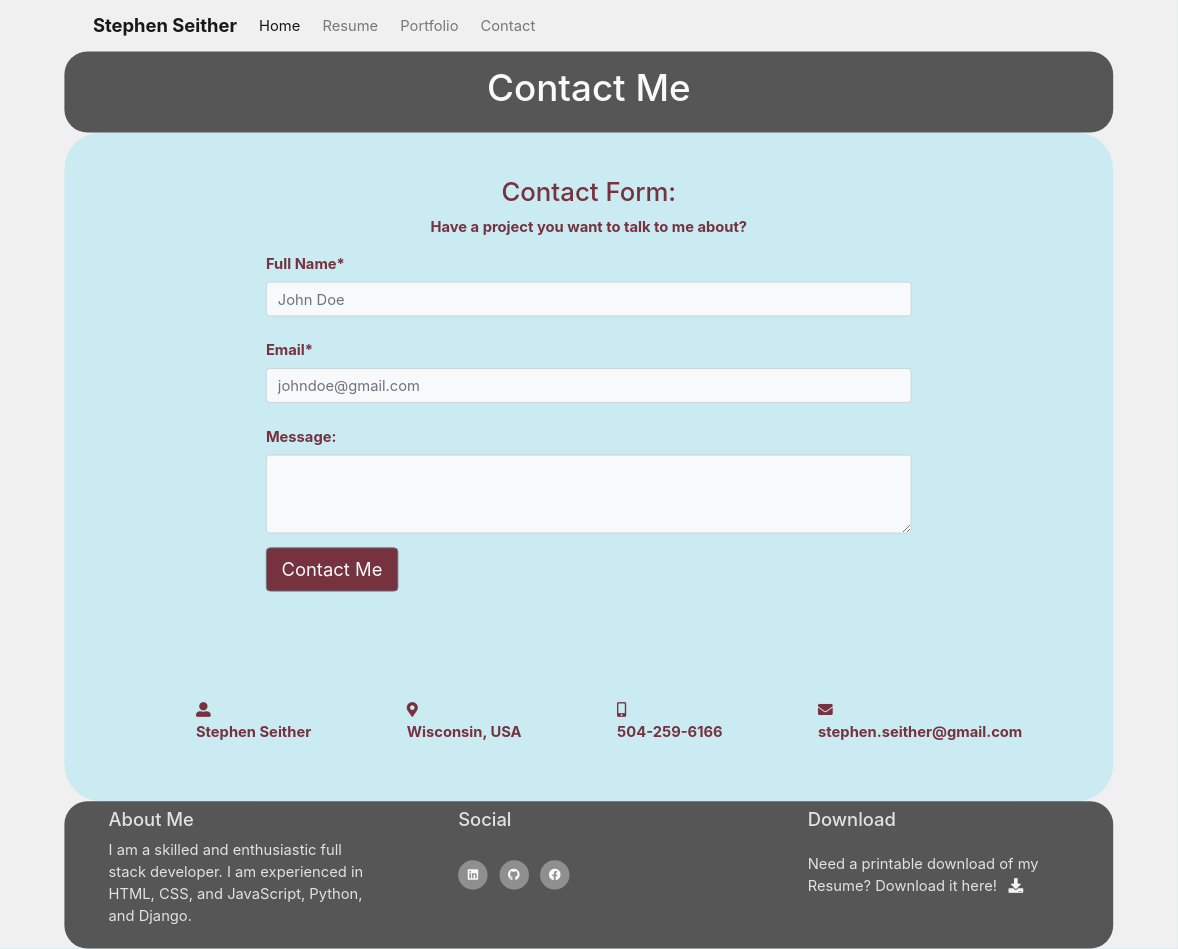
Repository: stephenseither/First-Milestone-Project
Page: contact.html
The author's editor kept a record of every edit. The page is drawn from the files as they stood at one moment, then again after the next edit.
The browser window is 1280 px wide. The pictures show the whole page, at 92% of full size.
Some web libraries are served in a nearby version.

Above is the page before.

After the next edit:
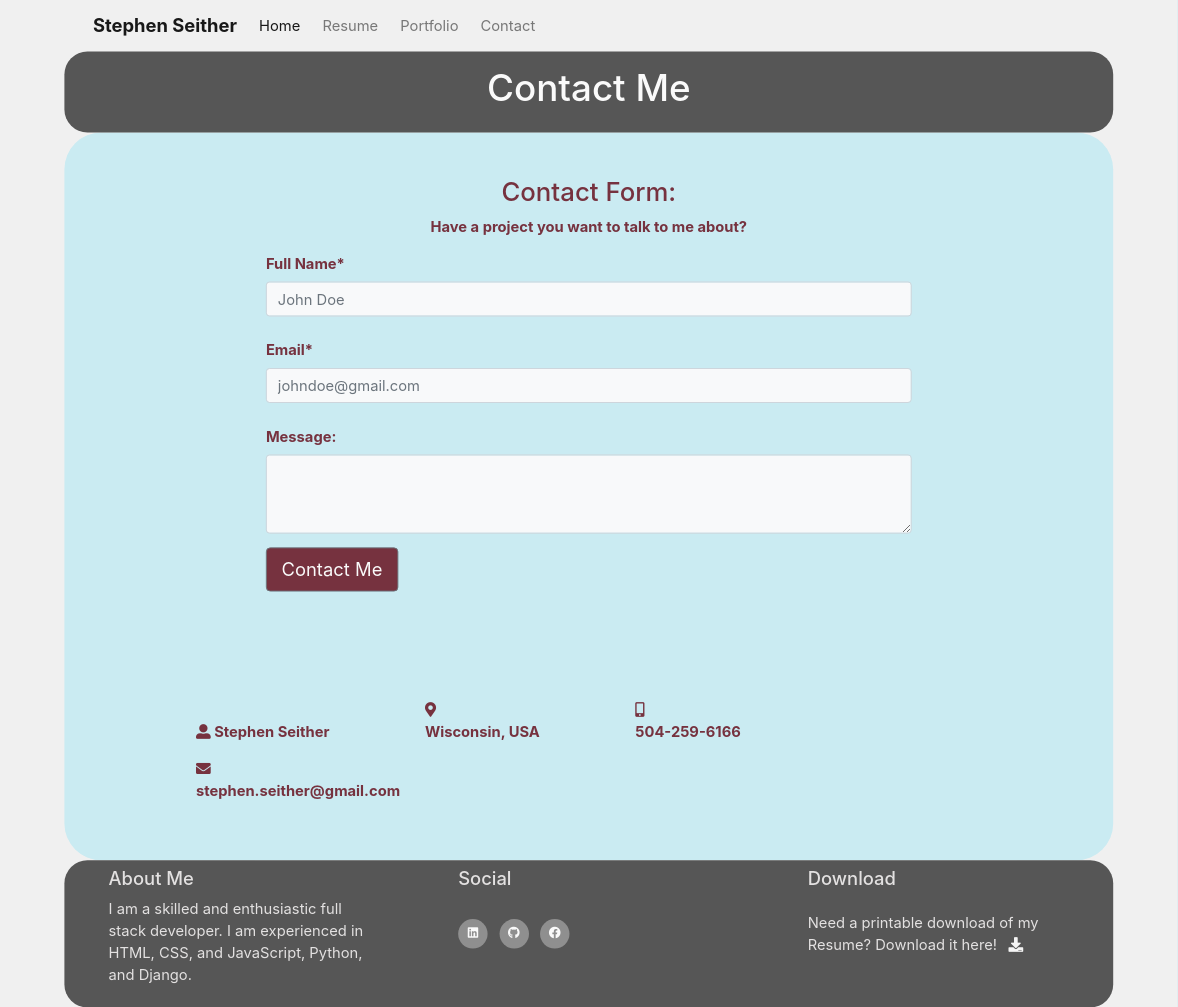
The edit:
--- a/contact.html
+++ b/contact.html
@@ -65,8 +65,9 @@
         <div class="col contact-info-2 p-5">
             <div class="personal-info-item-2">
                 <div class="title-2">
-                    <i class="fas fa-user-alt"></i>
+
                     <p>
+                        <i class="fas fa-user-alt"></i>
                         Stephen Seither
                     </p>
                 </div>
